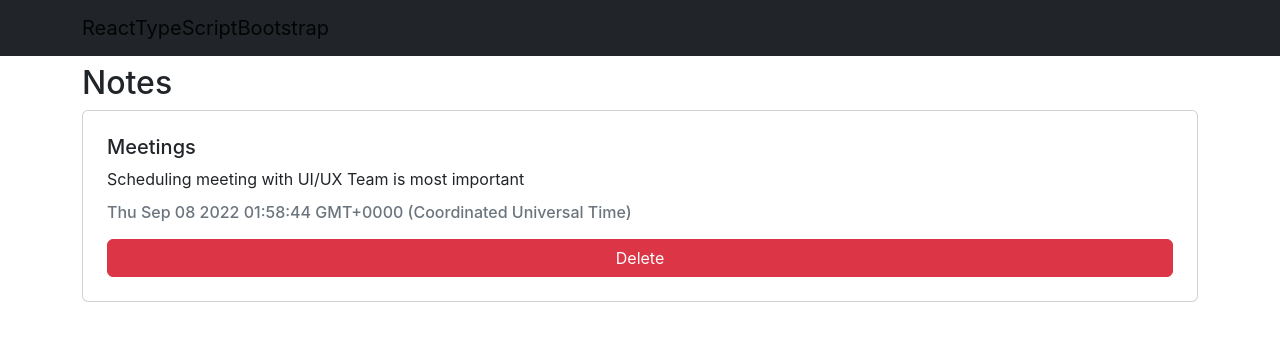
Repository: OmniaRafat232111121/notes
Page: /
The author's editor kept a copy of each file at every save. The page is drawn from the files as they stood at one save, then again after the next save.
The browser window is 1280 px wide. The pictures show the whole page.
The project was rebuilt for these pictures with package versions that can differ from the ones it lists, and the page was loaded fresh each time. Also part of the build but not shown: src/App.css.

Above is the page before, as saved 2022-09-08 02:22:26.

### public/index.html
<!DOCTYPE html>
<html lang="en">
  <head>
    <meta charset="utf-8" />
    <link rel="icon" href="%PUBLIC_URL%/favicon.ico" />
    <meta name="viewport" content="width=device-width, initial-scale=1" />
    <meta name="theme-color" content="#000000" />
    <meta
      name="description"
      content="Web site created using create-react-app"
    />
    <link rel="apple-touch-icon" href="%PUBLIC_URL%/logo192.png" />
    <link
    rel="stylesheet"
    href="https://cdn.jsdelivr.net/npm/bootstrap@5.2.0-beta1/dist/css/bootstrap.min.css"
    integrity="sha384-0evHe/X+R7YkIZDRvuzKMRqM+OrBnVFBL6DOitfPri4tjfHxaWutUpFmBp4vmVor"
    crossorigin="anonymous"
  />
    <link rel="manifest" href="%PUBLIC_URL%/manifest.json" />
    <title>React App</title>
  </head>
  <body>
    <noscript>You need to enable JavaScript to run this app.</noscript>
    <div id="root"></div>
  </body>
</html>

### src/App.tsx
import React,{useState} from 'react';
import './App.css';
import Header from './components/Header';
import NotesList from './components/NotesList';
import {Note} from "./modals/note.model"
import {Container,Row,Col} from 'react-bootstrap';
function App() {
  const [notes,setNotes]=useState<Note[]>([{
   id:(new Date).toString(),
   title:"Meetings",
   text:"Scheduling meeting with UI/UX Team is most important",
   color:'#dfdfdf',
   date:(new Date).toString()
  }]);

  return (
   <>
   <Header/>
   <Container className="mt-5">
    <Row>
      <Col>
      <NotesList notes={notes}/>
      </Col>
    </Row>
   </Container>
   </>
  );
}

export default App;

### src/components/Header.tsx
import * as React from 'react';
import { Navbar,Container } from 'react-bootstrap';

interface IHeaderProps {
}

const Header: React.FunctionComponent<IHeaderProps> = (props) => {
    return (
    <Navbar fixed="top" bg="dark" >
    <Container>
        <Navbar.Brand>
            ReactTypeScriptBootstrap
        </Navbar.Brand>
    </Container>
    </Navbar>
    );
};

export default Header;

### src/components/NotesList.tsx
import * as React from 'react';
import Notes from './Notes';
import { Note } from '../modals/note.model';

interface INotesListProps {
    notes: Note[],

}

const NotesList: React.FC<INotesListProps> = ({ notes}) => {
    const renderNotes = ():JSX.Element[] => {
        return notes.map(note => {
            return <Notes key={note.id} note={note} />
        })
    }
    return (
        <>
            <h2 className="mt-3">Notes</h2>
            <div>{ renderNotes() }</div>
        </>
  );
};

export default NotesList;

### src/components/Notes.tsx
import * as React from 'react';
import {Card,Button} from 'react-bootstrap'
import {Note} from '../modals/note.model'
interface INotesProps {
    note:Note
}

const Notes: React.FunctionComponent<INotesProps> = ({note}) => {
  return (
<div className="mb-3 ">
     <Card className="p-4">
        <Card.Title >
            {note.title}
        </Card.Title>
        <Card.Text>
            {note.text}
        </Card.Text>
        <Card.Subtitle className="text-muted">
         {note.date}
        </Card.Subtitle>
        <Button className="mt-3" variant="danger">Delete</Button>
     </Card>

</div>
  );
};

export default Notes;

Loaded but not shown: src/index.tsx (common file); src/index.css (common file); src/reportWebVitals.ts (common file)

After the next save:
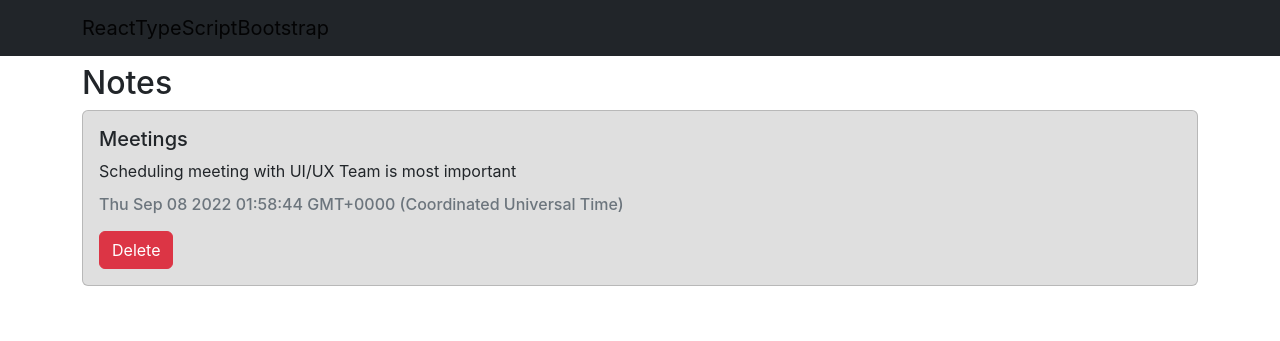
Saved 50 s later.
--- a/src/components/Notes.tsx
+++ b/src/components/Notes.tsx
@@ -7,21 +7,16 @@ interface INotesProps {
 
 const Notes: React.FunctionComponent<INotesProps> = ({note}) => {
   return (
-<div className="mb-3 ">
-     <Card className="p-4">
-        <Card.Title >
-            {note.title}
-        </Card.Title>
-        <Card.Text>
-            {note.text}
-        </Card.Text>
-        <Card.Subtitle className="text-muted">
-         {note.date}
-        </Card.Subtitle>
-        <Button className="mt-3" variant="danger">Delete</Button>
-     </Card>
-
-</div>
+    <div className="mb-3">
+    <Card style={{backgroundColor: note.color}}>
+        <Card.Body>
+            <Card.Title>{note.title}</Card.Title>
+            <Card.Text>{note.text}</Card.Text>
+            <Card.Subtitle className="text-muted">{ note.date}</Card.Subtitle>
+            <Button className="mt-3" variant="danger" onClick={ () => handleDelete(note.id)}>Delete</Button>
+        </Card.Body>
+    </Card>
+    </div>
   );
 };
 
